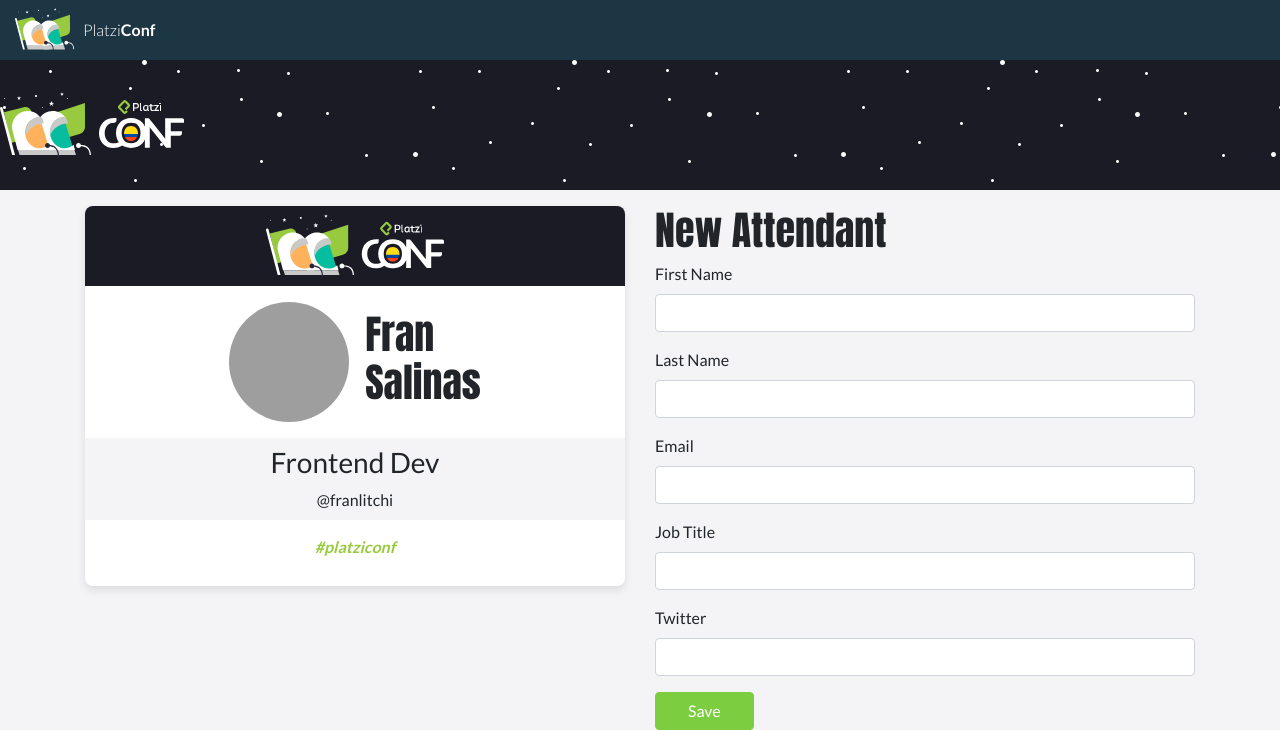
Repository: FranCodeCafe/fran-platzi-badges
Page: /
The author's editor kept a copy of each file at every save. The page is drawn from the files as they stood at one save, then again after the next save.
The browser window is 1280 px wide. The pictures show the whole page.
Pictures or frames that could not be fetched are drawn as grey boxes. The project was rebuilt for these pictures with package versions that can differ from the ones it lists, and the page was loaded fresh each time.

Above is the page before, as saved 2020-01-20 12:14:52.

After the next save:
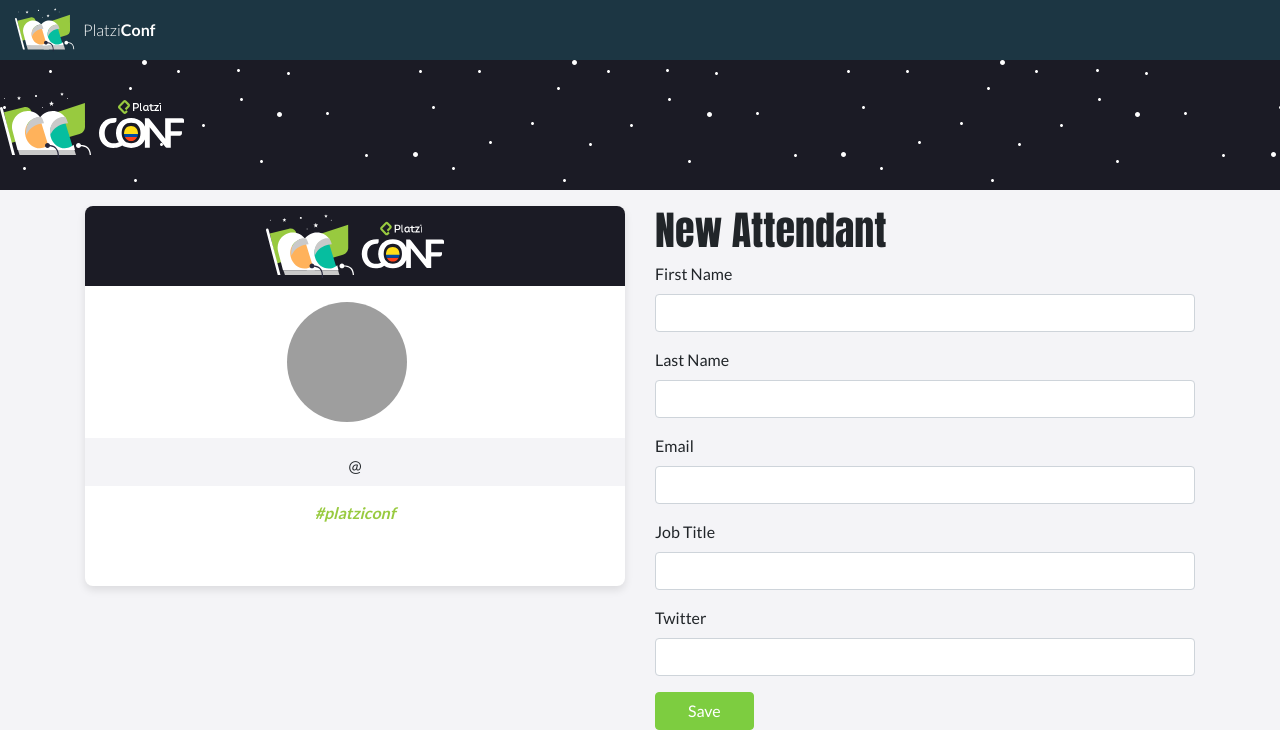
Saved 78 s later.
--- a/src/pages/BadgeNew.js
+++ b/src/pages/BadgeNew.js
@@ -40,10 +40,11 @@
             <div className="col-6">
               <Badge
                 avatarUrl="https://imgur.com/fMsLStH.jpg"
-                firstName="Fran"
-                lastName="Salinas"
-                twitter="franlitchi"
-                jobTitle="Frontend Dev"
+                firstName={this.state.form.firstName}
+                lastName={this.state.form.lastName}
+                twitter={this.state.form.twitter}
+                jobTitle={this.state.form.jobTitle}
+                email={this.state.form.email}
               />
             </div>
 
